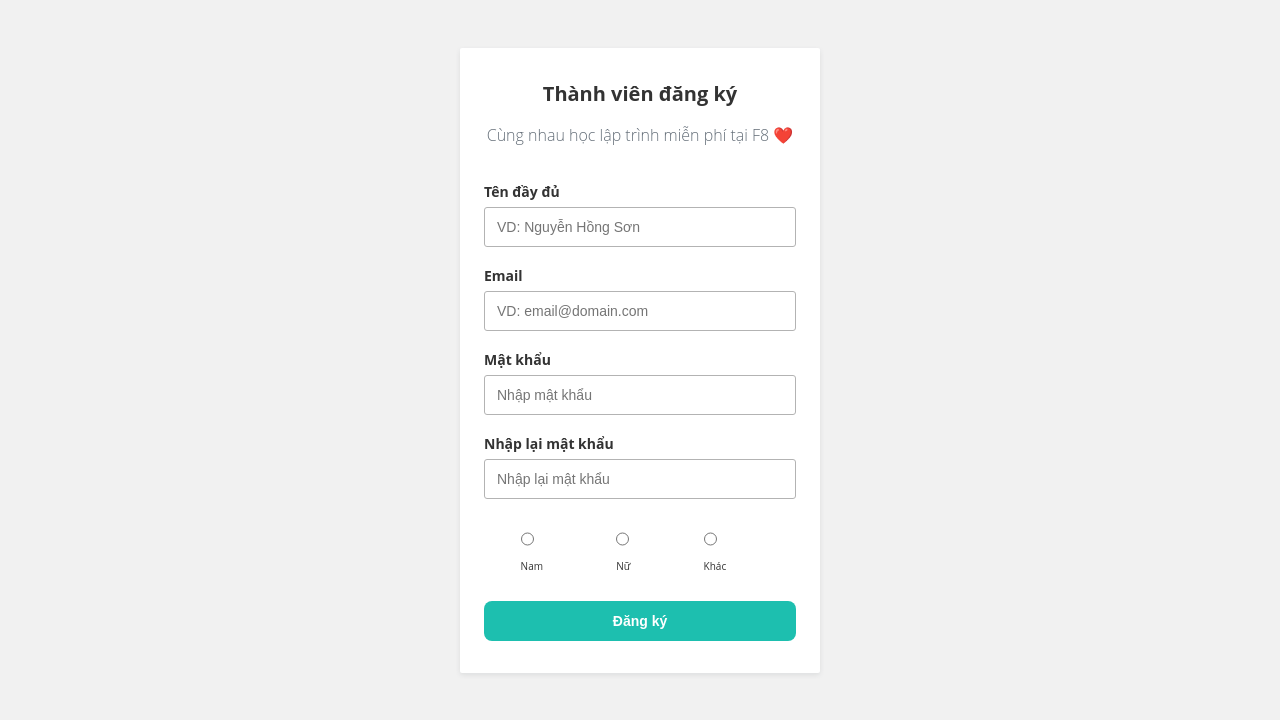
Repository: ahihison/Validation
Page: index.html
These files come from the project's save history. The page is drawn as it stood at one moment and after the next save; the edit follows.
The browser window is 1280 px wide. The pictures show the whole page.

Above is the page before, as saved 2022-08-31 09:35:18.

### index.html
<!DOCTYPE html>
<html lang="en">
<head>
    <meta charset="UTF-8">
    <meta http-equiv="X-UA-Compatible" content="IE=edge">
    <meta name="viewport" content="width=device-width, initial-scale=1.0">
    <link rel="stylesheet" href="./style.css">
    <title>Document</title>
</head>
<body>
    <div class="container">
        <form action="" method="POST" class="form" id="form-1" >
            <h3 class="heading">Thành viên đăng ký</h3>
            <p class="desc">Cùng nhau học lập trình miễn phí tại F8 ❤️</p>
            <div class="spacer"></div>

            <div class="form-group">
                <label for="fullname" class="form-label" >Tên đầy đủ</label>
                <input type="text" name="fullname" id="fullname" placeholder="VD: Nguyễn Hồng Sơn" class="form-control">
                <span class="form-message"></span>
            </div>
            <div class="form-group">
                <label for="email" class="form-label" >Email</label>
                <input type="text" name="email" id="email" placeholder="VD: email@domain.com" class="form-control">
                <span class="form-message"></span>
            </div>
            <div class="form-group">
                <label for="password" class="form-label" >Mật khẩu</label>
                <input type="password" name="password" id="password" placeholder="Nhập mật khẩu" class="form-control">
                <span class="form-message"></span>
            </div>
            <div class="form-group">
                <label for="password_confirmation" class="form-label" >Nhập lại mật khẩu</label>
                <input type="password" name="password_confirmation" id="password_confirmation" placeholder="Nhập lại mật khẩu" class="form-control">
                <span class="form-message"></span>
            </div>
            <div class="form-group genderformat">
                <div>
                    <input type="radio" name="gender" value="male" id="gender" class="form-control">
                    <span id="gender">Nam</span>
                </div>
                <div>
                    <input type="radio" name="gender" value="female" id="gender" class="form-control">
                    <span id="gender">Nữ</span>
                </div>
                <div>
                    <input type="radio" name="gender" value="orther" class="form-control" id="gender">
                    <span id="gender">Khác</span>

                </div>
                <span class="form-message"></span>
            </div>


            <button class="form-submit">Đăng ký</button>
        </form>

    </div>
    <script src="./validation.js"> </script>
    <script>
        Validator({
            form:'#form-1',
            formGroupSelector:'.form-group',
            errorSelector: '.form-message',
            rules: [
            Validator.isRequired('#fullname','Vui lòng nhập họ và tên đầy đủ của bạn'),
            Validator.isEmail('#email'),
            Validator.minLength('#password',6),
            Validator.isRequired('#password_confirmation'),
            Validator.isConfirmed('#password_confirmation',function() { return document.querySelector('#form-1 #password').value;

            },'Mật khẩu nhập lại không chính xác'),
            ],
            onSubmit: function(data){
                //Call API
                console.log(data);
            }
        });
    </script>




</body>
</html>

### style.css
*{
    margin: 0;
    padding: 0;
    box-sizing: border-box;

}
html{
    color: #333;
    font-size: 62.5%;
    font-family: "Open Sans", sans-serif;
}

.container{
min-height: 100vh;
display: flex;
justify-content: center;
background: #f1f1f1;

}
.form{
    width: 360px;
    padding: 32px 24px;
    min-height: 100px;
    text-align: center;
    background: #fff;
    border-radius: 2px;
    margin: 24px;
    align-self: center;
    box-shadow: 0 2px 5px 0 rgba(51, 62, 73, 0.1);


}


.form .heading{
    font-size: 2rem;

}
.form .desc {
    text-align: center;
    color: #636d77;
    font-size: 1.6rem;
    line-height: 2.4rem;
    margin-top: 16px;
    font-weight: 300;
  }

.form-group{
     display: flex;
  margin-bottom: 16px;
  flex-direction: column;

}
.form-group #gender {
  display:flex;
 margin: 0 20px;

  }
  .form-group.genderformat{
    display: flex;
    flex-direction: row;
    flex-wrap: wrap;
    align-content: space-between;
    justify-content: space-around;
  }
.form-control{
    height: 40px;
    padding: 8px 12px;
    border: 1px solid #b3b3b3;
    border-radius: 3px;
    outline: none;
    font-size: 1.4rem;
}
.form-control:hover {
    border-color: #1dbfaf;
  }
.form-label,
.form-message{
    text-align: left;

}
.form-label {
    font-weight: 700;
    padding-bottom: 6px;
    line-height: 1.8rem;
    font-size: 1.4rem;
  }

  .form-group.invalid .form-control {
    border-color: #f33a58;
  }
  .form-group.invalid .form-message {
    color: #f33a58;
  }

  .form-message {
    font-size: 1.2rem;
    line-height: 1.6rem;
    padding: 4px 0 0;
  }
  .form-submit {
    outline: none;
    background-color: #1dbfaf;
    margin-top: 12px;
    padding: 12px 16px;
    font-weight: 600;
    color: #fff;
    border: none;
    width: 100%;
    font-size: 14px;
    border-radius: 8px;
    cursor: pointer;
  }
  .form-submit:hover {
    background-color: #1ac7b6;
  }
  .spacer {
    margin-top: 36px;
  }

### validation.js
function Validator(options) {

    function geParent(elements,selector){
        while(elements.parentElement){
            if(elements.parentElement.matches(selector)){
                return elements.parentElement;
            }
              elements = elements.parentElement;
        }
    }

    var selectorRule = {};
    //hàm thực hiện validate
    function validate(inputElement, rule) {

        var errorElement = geParent(inputElement,options.formGroupSelector).querySelector(options.errorSelector);
        var errorMessage;

        //lấy ra các rule của các selector
        var rules = selectorRule[rule.selector];
        //lập qua từng rules và kiểm tra
        //Nếu có lỗi thì dừng việc kiểm tra
        for (var i = 0; i < rules.length; i++) {
            errorMessage = rules[i](inputElement.value);
            if (errorMessage) break;

        }

        if (errorMessage) {
            errorElement.innerText = errorMessage;
            geParent(inputElement,options.formGroupSelector).classList.add('invalid');
        } else {
            errorElement.innerText = '';
            geParent(inputElement,options.formGroupSelector).classList.remove('invalid');
        }
        return !!errorMessage;
    }
    // lấy được form elements
    var formElement = document.querySelector(options.form);

    if (formElement) {
        //Lắng nghe sự kiện onsubmit

        formElement.onsubmit = function (e) {

            e.preventDefault();

            var isFormValid = true;

            // Lặp qua từng rules và validate
            options.rules.forEach(function (rule) {
                var inputElement = formElement.querySelector(rule.selector);
                var isInValid = validate(inputElement, rule);
                if (isInValid) {
                    isFormValid = false;
                }
            });


            if (isFormValid) {
                //Trường hợp submit với js
                if (typeof options.onSubmit === 'function') {
                    var enableInputs = formElement.querySelectorAll('[name]');
                    var formValues = Array.from(enableInputs).reduce(function (values, input) {
                        values[input.name] = input.value;
                        return values;
                    }, {});
                    options.onSubmit(formValues)
                }
                //submit với hành vi mặc định
                else{
                    formElement.submit();
                }
            }

        }





        //Lặp qua mỗi rule xử lí sự kiện (blur click....)
        options.rules.forEach(function (rule) {
            //Lưu lại các  rules cho mỗi input
            if (Array.isArray(selectorRule[rule.selector])) {
                selectorRule[rule.selector].push(rule.test);
            }
            else {
                selectorRule[rule.selector] = [rule.test];
            }


            var inputElement = formElement.querySelector(rule.selector);

            if (inputElement) {
                //Xử lí trường hợp blur ra khỏi input
                inputElement.onblur = function () {

                    validate(inputElement, rule);

                }
                // Xử lí mỗi khi người dùng nhập vào input
                inputElement.oninput = function () {
                    var errorElement = geParent(inputElement,options.formGroupSelector).querySelector(options.errorSelector);
                    errorElement.innerText = '';
                    geParent(inputElement,options.formGroupSelector).classList.remove('invalid');
                }
            }

        }

        );



    }


}

//định nghĩa rules
//Nguyên tắc rules
//1. khi có lỗi : => trả về message
//2. Khi hợp lệ: => ko trả về gì hết (undefined)
Validator.isRequired = function (selector, message) {
    return {
        selector: selector,
        test: function (value) {
            return value.trim() ? undefined : message || "Vui lòng nhập trường này"

        }
    }
}

Validator.isEmail = function (selector, message) {

    return {
        selector: selector,
        test: function (value) {
            var regex = /^[A-Z0-9._%+-]+@[A-Z0-9.-]+\.[A-Z]{2,4}$/i;

            return regex.test(value) ? undefined : message || 'Trường này phải là email'
        }
    }

}
Validator.minLength = function (selector, min, message) {

    return {
        selector: selector,
        test: function (value) {
            return value.length >= min ? undefined : message || `Vui lòng nhập tối thiếu ${min} ký tự`
        }
    }

}

Validator.isConfirmed = function (selector, getconfirmValue, message) {
    return {
        selector: selector,
        test: function (value) {
            return value === getconfirmValue() ? undefined : message || "Giá trị nhập vào không chính xác"
        }

    }

}

After the next save:
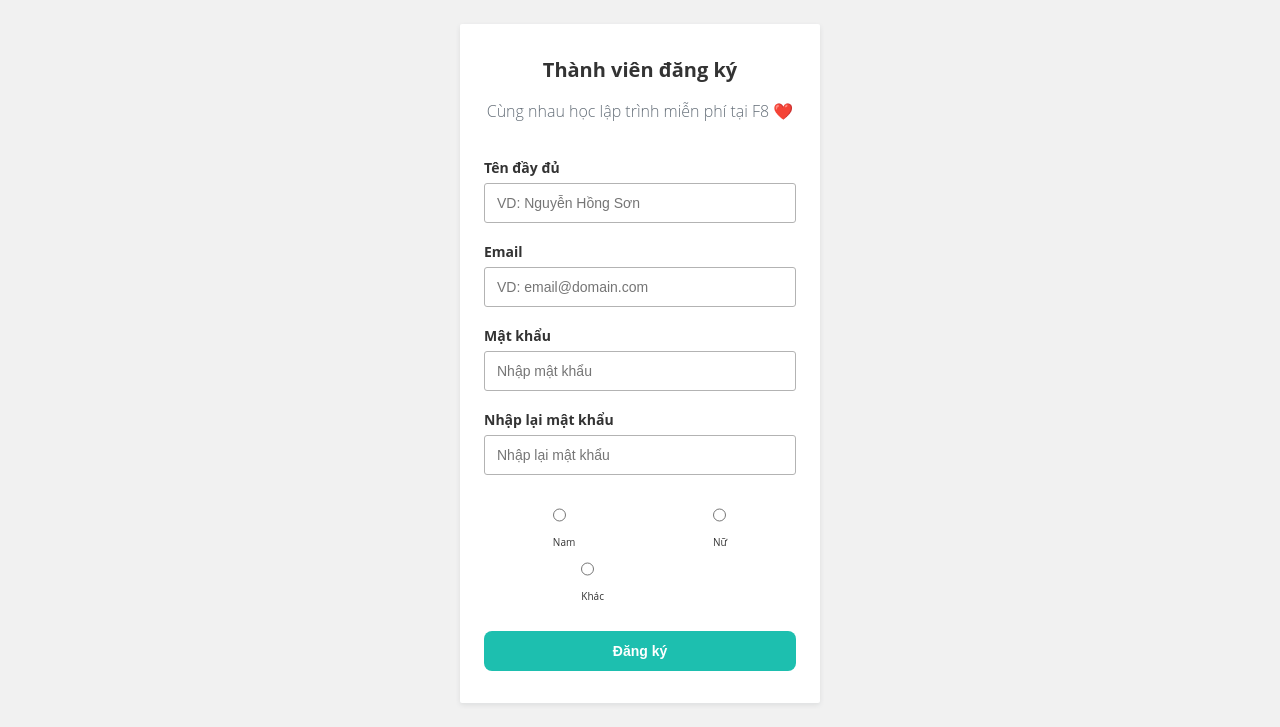
Saved 18 s later.
--- a/style.css
+++ b/style.css
@@ -53,7 +53,7 @@
 }
 .form-group #gender {
   display:flex;
- margin: 0 20px;
+ margin: 0 50px;
 
   }
   .form-group.genderformat{

After the 3 saves that followed:
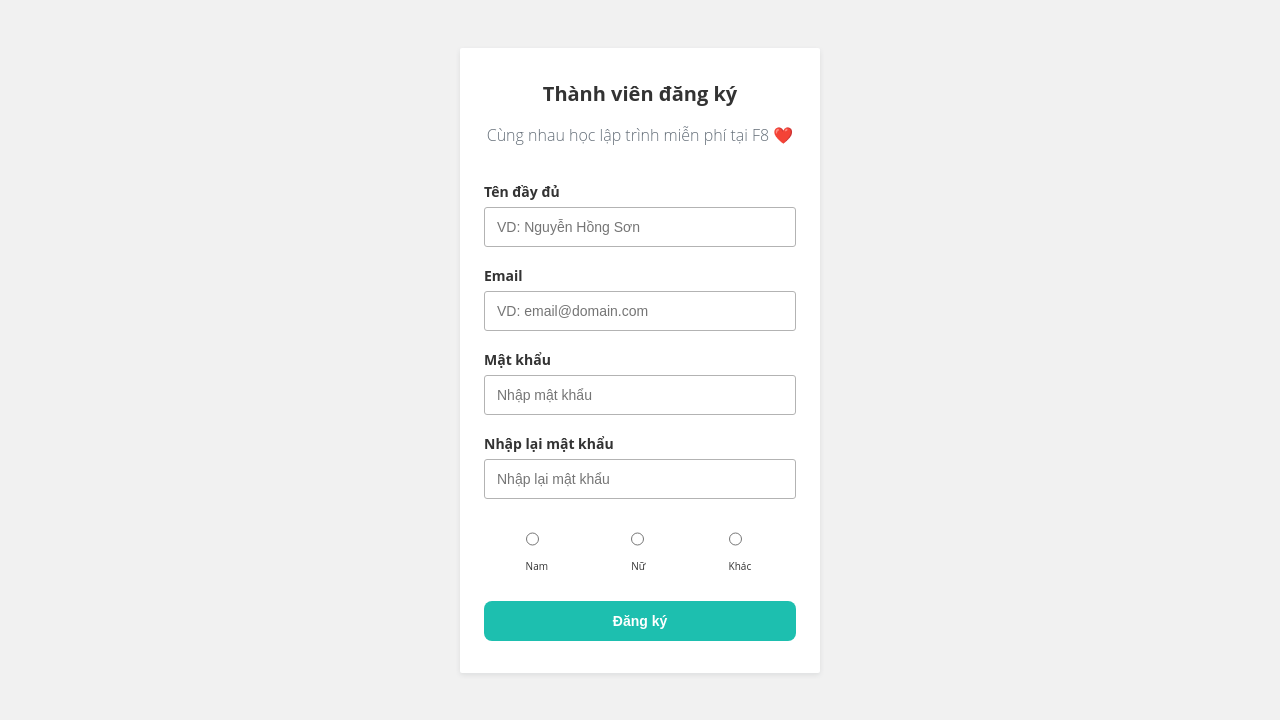
The 3 saves are shown as one change because they came seconds apart.
The last was saved 7 s later.
--- a/style.css
+++ b/style.css
@@ -53,7 +53,7 @@
 }
 .form-group #gender {
   display:flex;
- margin: 0 50px;
+ margin: 0 40px;
 
   }
   .form-group.genderformat{
